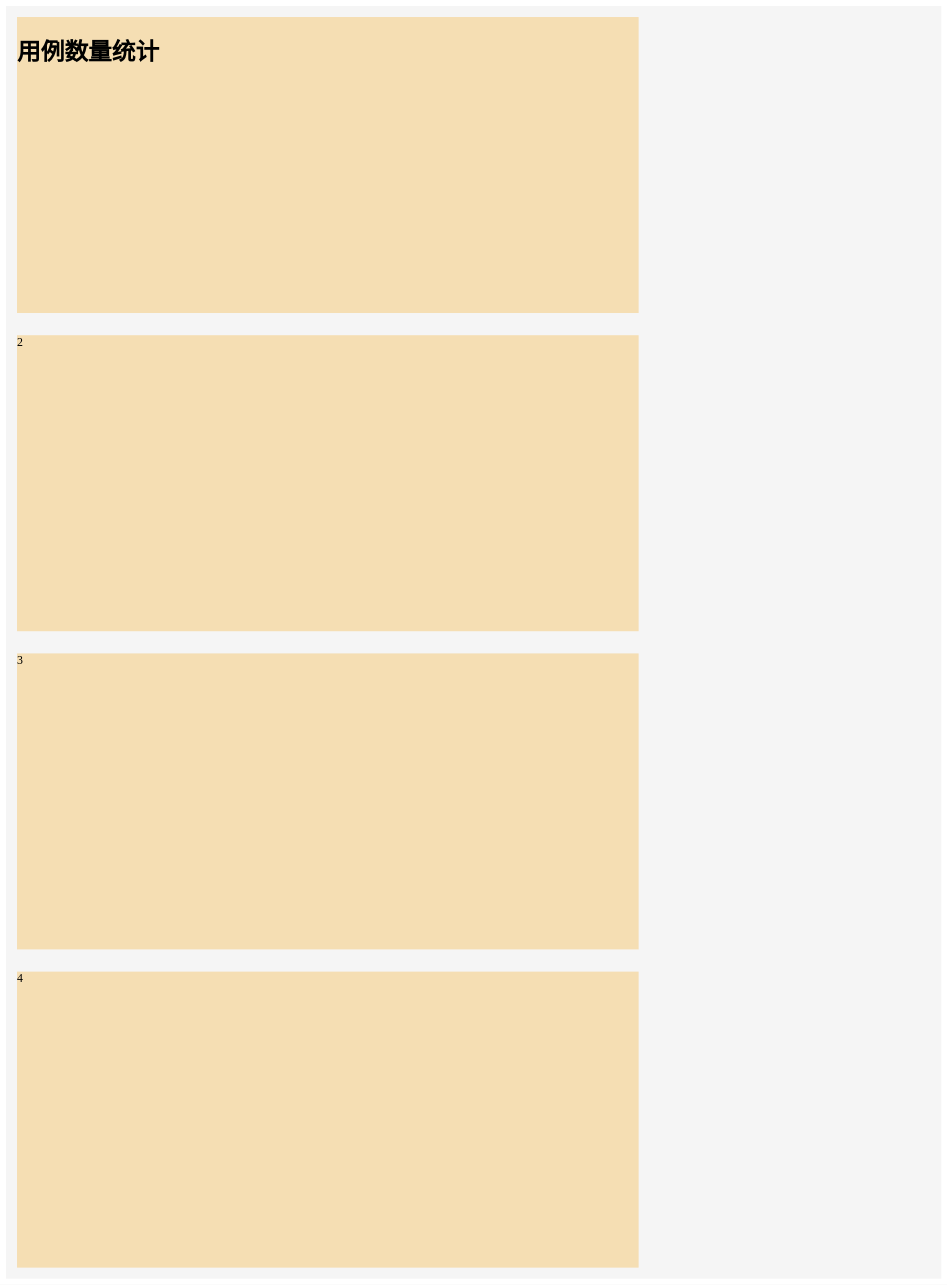
Repository: yuquan1006/-
Page: 02_css/test2.html
These files come from the project's save history. The page is drawn as it stood at one moment and after a run of saves; the edit follows.
The browser window is 1280 px wide. The pictures show the whole page, at 74% of full size.

Above is the page before, as saved 2023-07-04 15:33:50.

### 02_css/test2.html
<!DOCTYPE html>
<html lang="en">
<head>
    <meta charset="UTF-8">
    <meta name="viewport" content="width=device-width, initial-scale=1.0">
    <title>Document</title>
    <!--


     -->
    <style>

        .parent{
            display: flex;
            justify-content: flex-start ;
            flex-flow: row wrap;
            background-color: whitesmoke;
        }
        .child{
            width: 840px;
            height: 400px;
            margin: 15px;
            background-color: wheat;
        }
    </style>
</head>
<body>
    <div class="parent">
        <div class="child">
            <h1>用例数量统计</h1>
        </div>
        <div class="child">2</div>
        <div class="child">3</div>
        <div class="child">4</div>
    </div>

</body>
</html>

After the next 2 saves:
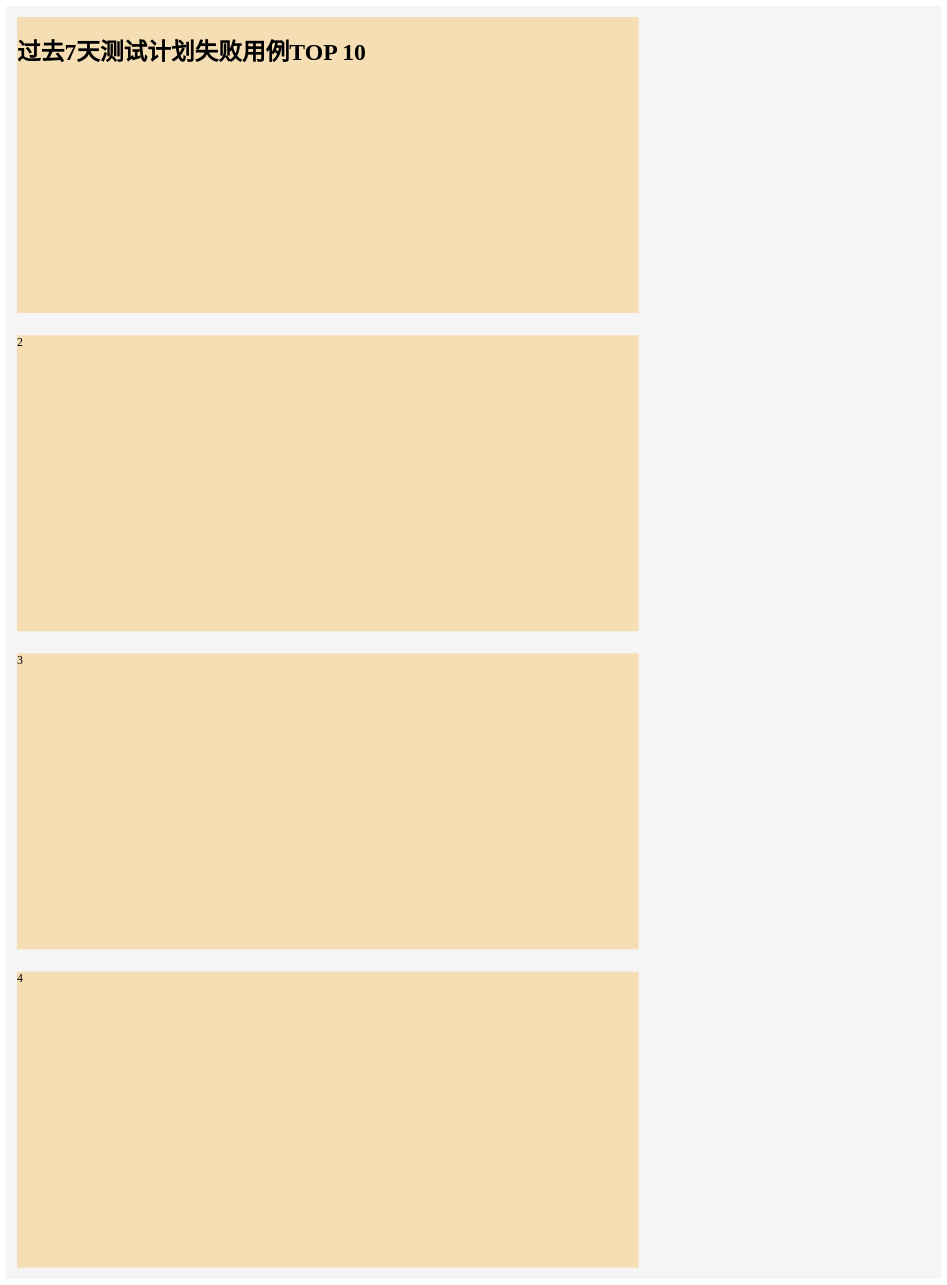
The 2 saves are shown as one change because they came seconds apart.
The last was saved 14 s later.
--- a/02_css/test2.html
+++ b/02_css/test2.html
@@ -27,7 +27,7 @@
 <body>
     <div class="parent">
         <div class="child">
-            <h1>用例数量统计</h1>
+            <h1>过去7天测试计划失败用例TOP 10</h1>
         </div>
         <div class="child">2</div>
         <div class="child">3</div>
